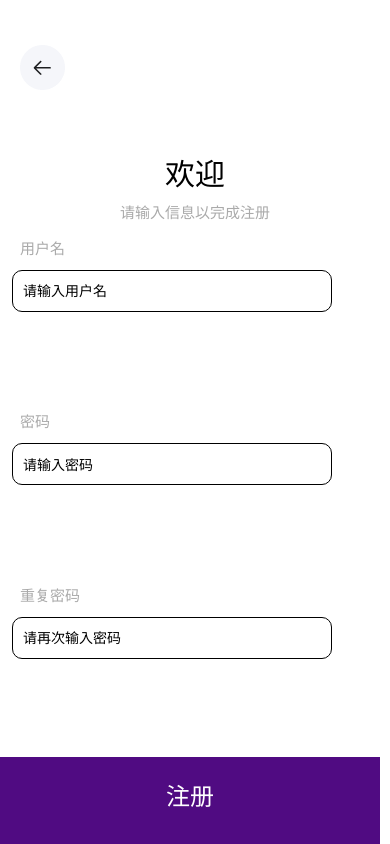
Repository: eyebone/barManager
Screen: /sign
The author's editor kept a copy of each file at every save. The screen is drawn from the files as they stood at one save, then again after the next save.
The app was drawn by React Native's web renderer in a window 390 px wide. The project was rebuilt for these pictures with package versions that can differ from the ones it lists, and the page was loaded fresh each time. Some packages were replaced by stand-ins written for this rebuild. Also part of the build but not shown: components/EmojiPicker.js, components/Button.js, components/ImageViewer.js, components/circleButton.js, components/IconButton.js, view/ViewOne.js, view/Main.js.

Above is the screen before, as saved 2023-06-26 16:24:09.

After the next save:
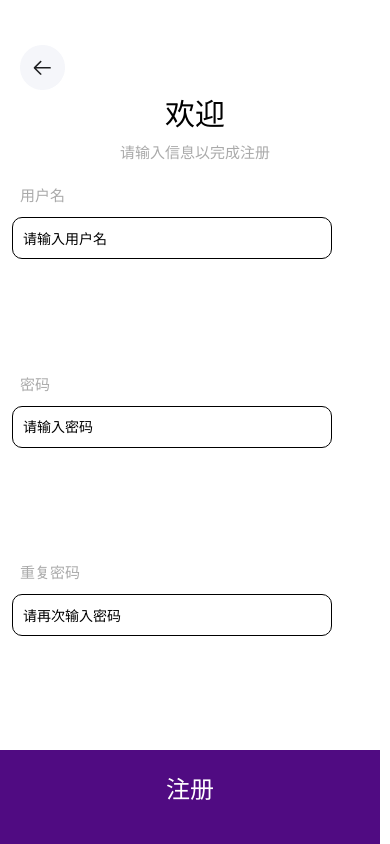
Saved 20 s later.
--- a/view/Sign.js
+++ b/view/Sign.js
@@ -96,7 +96,7 @@ const styles = StyleSheet.create({
     flex: 1,
     backgroundColor: "#fff",
     alignItems: "center",
-    marginTop: 60,
+    // marginTop: 60,
     height: 60,
   },
   welcomeText: {
